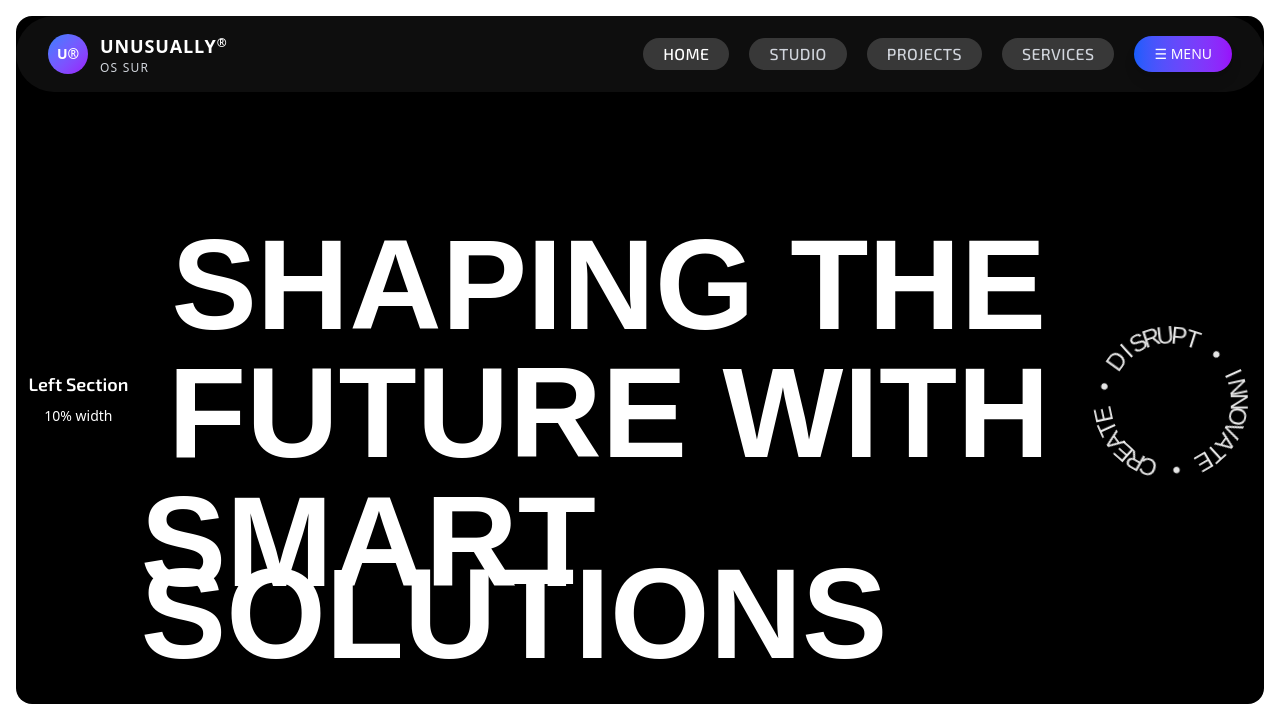
Repository: A-y-u-s-h-29/Digital-Express-India-With-Carrer-Page-And-RazorPay
Page: / (app in op/)
These files come from the project's save history. The page is drawn as it stood at one moment and after a run of saves; the edit follows.
The browser window is 1280 px wide. The pictures show the whole page.
Some web fonts or font styles are not loaded; a fallback is used. The project was rebuilt for these pictures with package versions that can differ from the ones it lists, and the page was loaded fresh each time. Also part of the build but not shown: op/vite.config.js.

Above is the page before, as saved 2025-12-04 15:27:22.

After the next 2 saves:
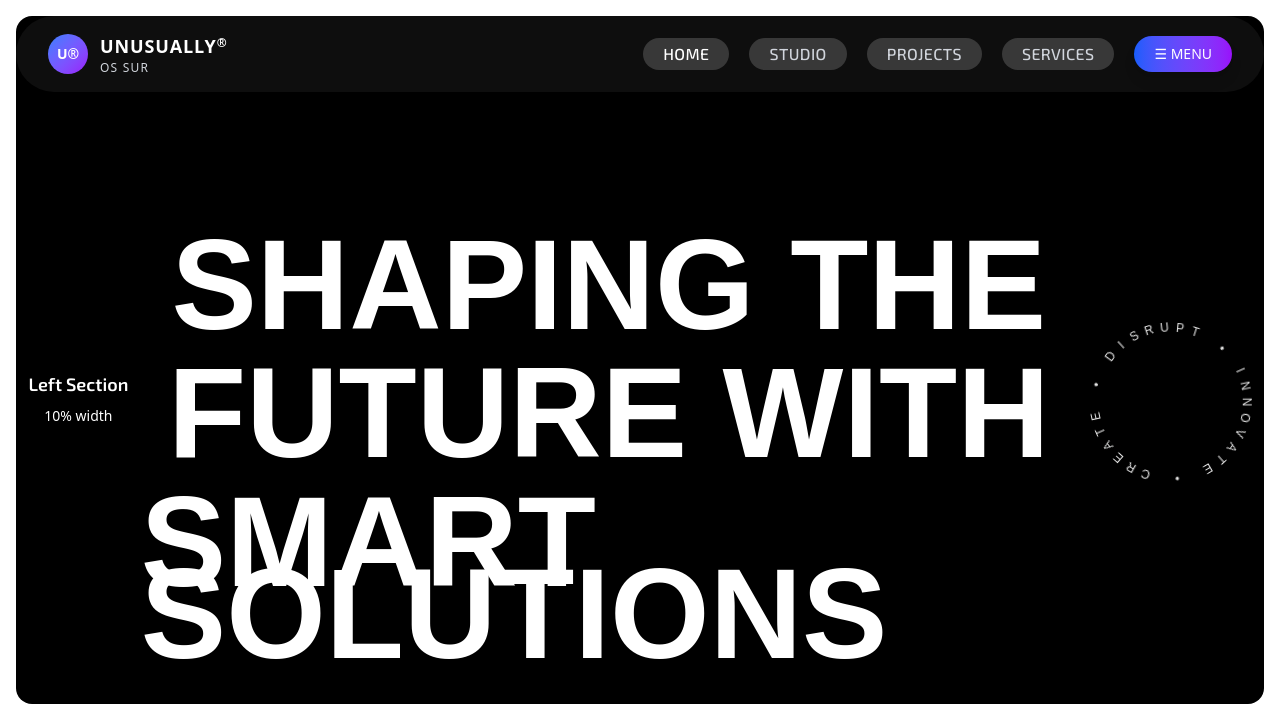
The 2 saves are shown as one change because they came seconds apart.
The last was saved 21 s later.
--- a/op/src/components/CircularText.jsx
+++ b/op/src/components/CircularText.jsx
@@ -103,7 +103,7 @@ const CircularText = ({
           return (
             <span
               key={i}
-              className="absolute  inset-0 inline-block text-2xl transition-all duration-500 ease-out"
+              className="absolute  inset-0 inline-block text-xs transition-all duration-500 ease-out"
               style={{
                 transform: transform,
                 WebkitTransform: transform
